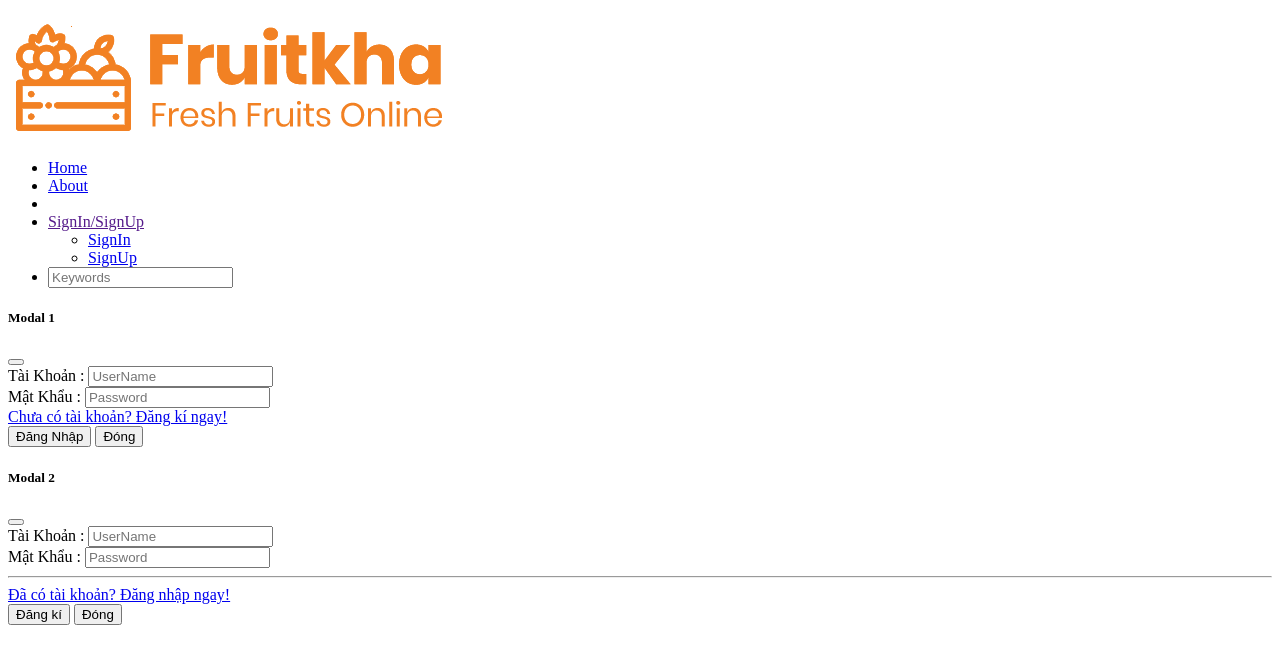
Repository: minhtu5502/Java5
Page: src/main/resources/templates/user/content/nav.html
These files come from the project's save history. The page is drawn as it stood at one moment and after a run of saves; the edit follows.
The browser window is 1280 px wide. The pictures show the whole page.

Above is the page before, as saved 2022-06-14 09:16:24.

After the next 2 saves:
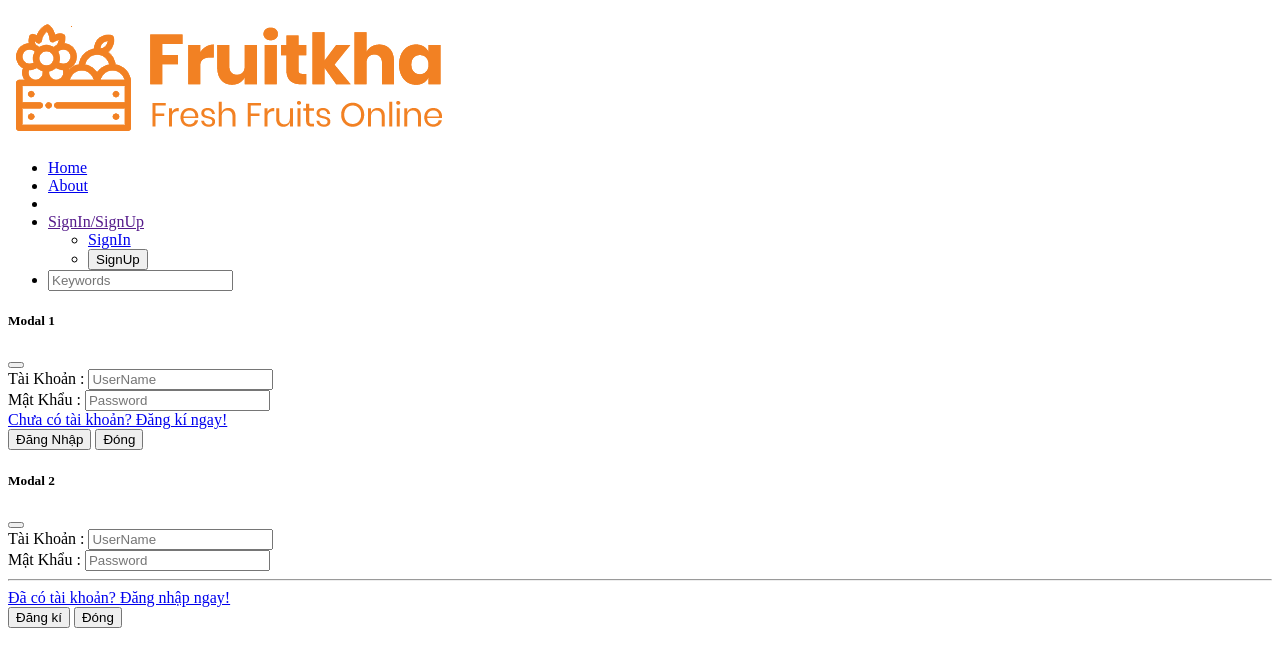
The 2 saves are shown as one change because they came seconds apart.
The last was saved 50 s later.
--- a/src/main/resources/templates/user/content/nav.html
+++ b/src/main/resources/templates/user/content/nav.html
@@ -62,8 +62,8 @@
                                     <ul class="sub-menu">
                                         <li><a class="btn" data-bs-toggle="modal" href="#modalSignIn"
                                                 role="button">SignIn</a></li>
-                                        <li><a class="btn" data-bs-toggle="modal" href="#modalSignUp"
-                                                role="button">SignUp</a></li>
+                                        <li><button class="btn" data-bs-toggle="modal" href="#modalSignUp"
+                                                role="button">SignUp</button></li>
                                     </ul>
                                 </li>
                                 <li>
